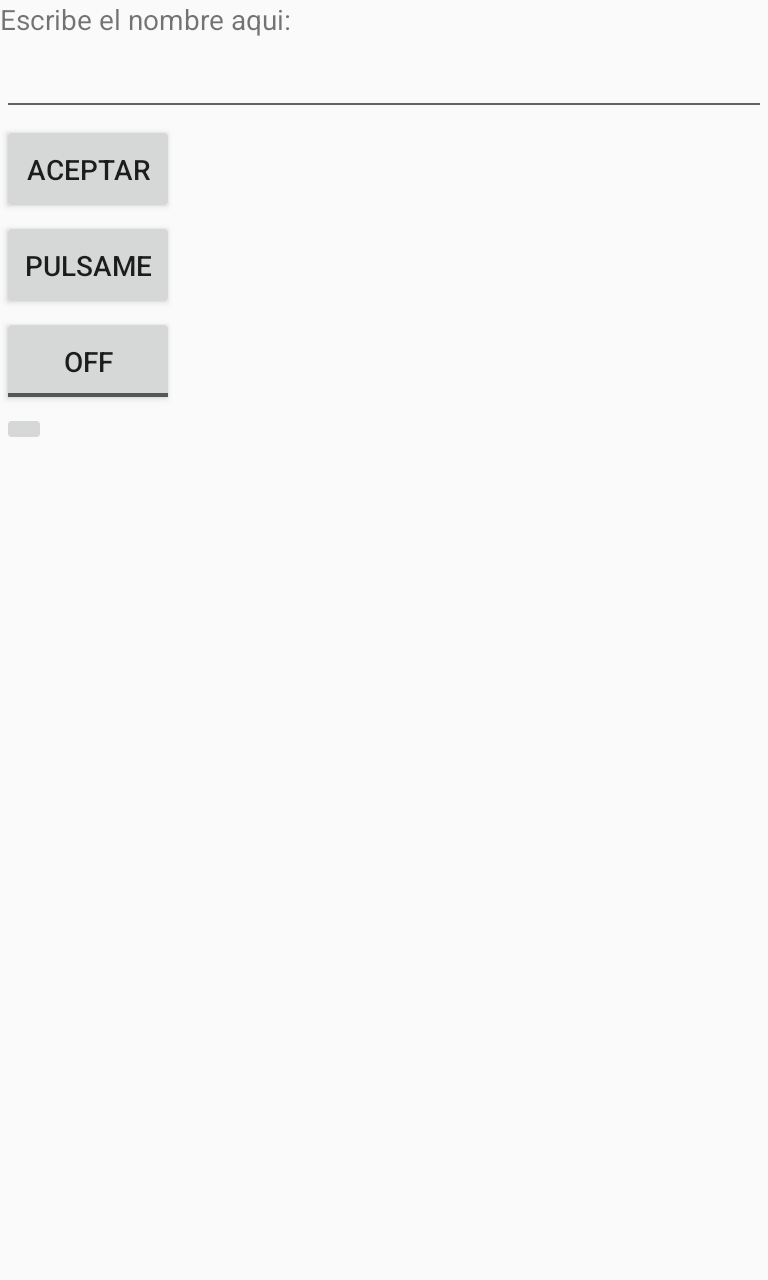
Repository: miguegit/android
Layout: FirstOne/res/layout/activity_main.xml
An editor plug-in stored every save of this project. The layout is shown before and after the next save, followed by the edit.
It is drawn on a 768 x 1280 px phone screen (xhdpi) without system bars, with theme AppTheme; the app's code is not run.

Above is the layout before, as saved 2014-04-25 18:42:44.

After the next save:
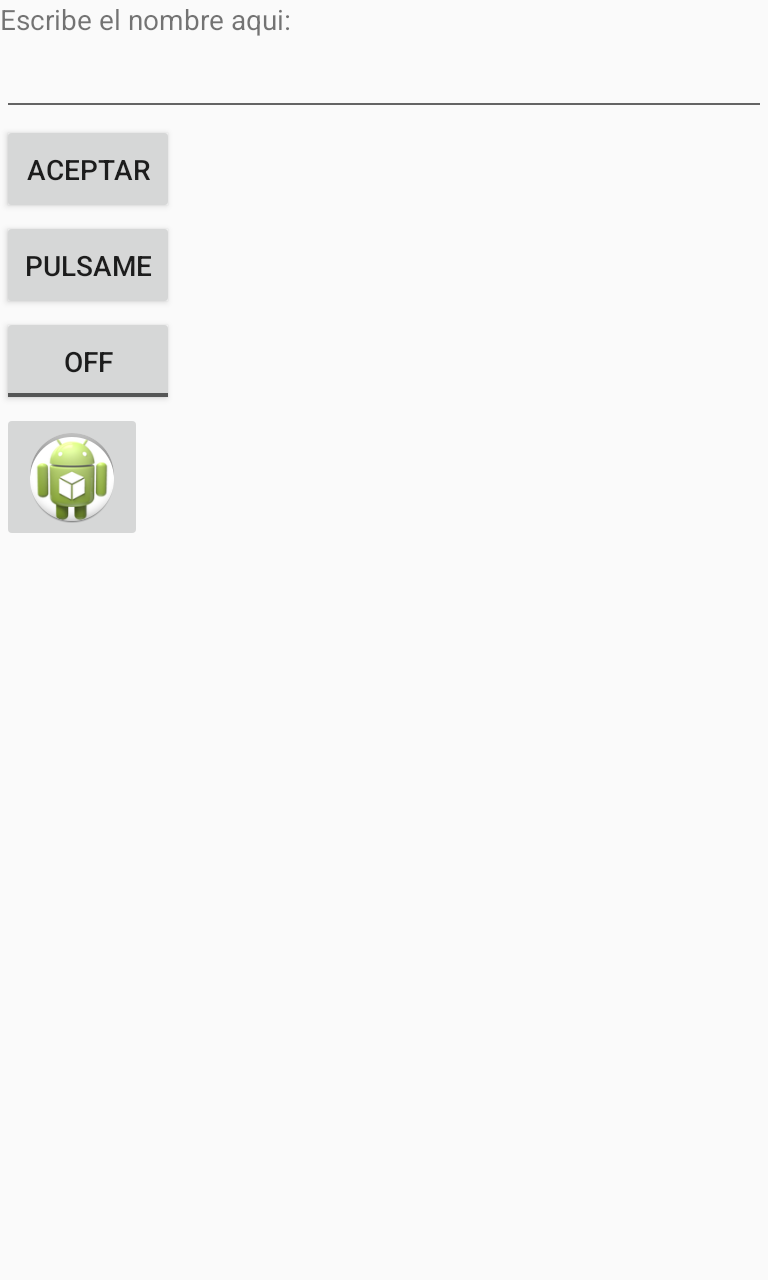
Saved 5 s later.
--- a/FirstOne/res/layout/activity_main.xml
+++ b/FirstOne/res/layout/activity_main.xml
@@ -39,6 +39,6 @@
     android:layout_width="wrap_content"
     android:layout_height="wrap_content"
     android:contentDescription="ok"
-    android:src="@drawable/ic-launcher" />
+    android:src="@drawable/ic_launcher" />
 
 </LinearLayout>
